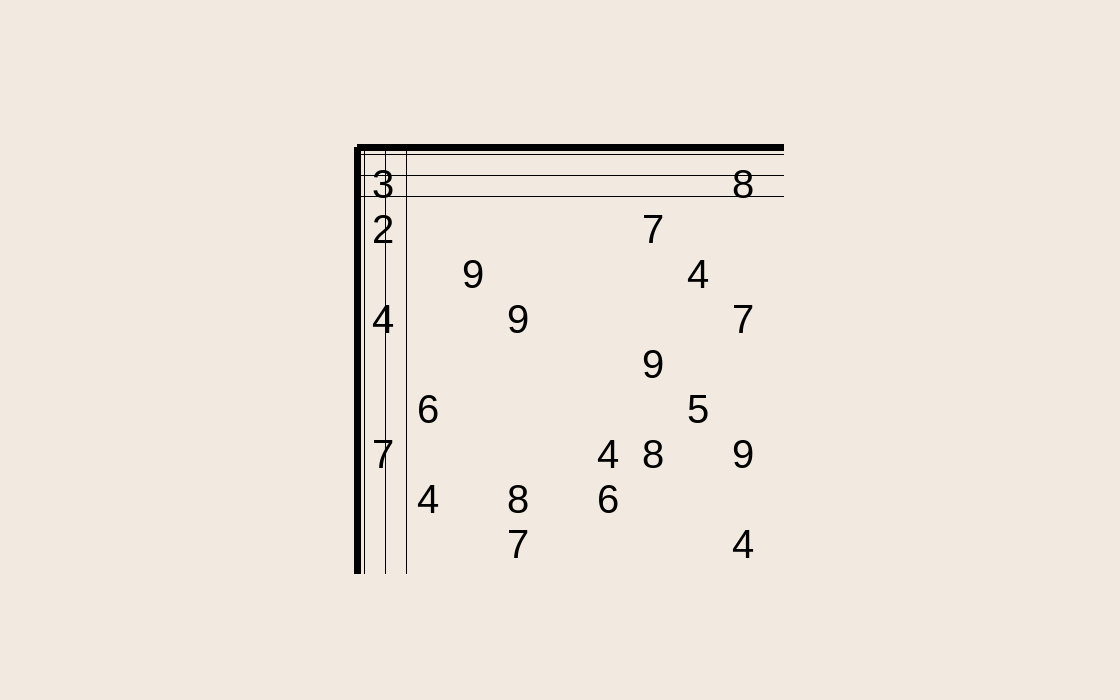
Repository: JensVL96/Puzzle-solver-for-fun
Script's output: python sudoku.py
The author's editor kept a copy of each file at every save. The script's output is drawn from the files as they stood at one save, then again after the next save.
The window is shown after at most 60 frames with no key pressed. A system font it names is replaced by a similar one. Random numbers start from a fixed seed.

Above is the script's output before, as saved 2020-11-07 20:44:44.

### sudoku.py
# -*- coding: utf-8 -*-
from __future__ import print_function
from config import *
from create_board import *
from solve_bloard import *
from display_board import *

from string import *
from math import floor
import pygame as pg
import numpy as np

# For error highlighting
def set_highlight(row, col, blk, lock):
    global input_lock
    input_lock = lock
    global row_index
    row_index = row
    global col_index
    col_index = blk
    global blk_index
    blk_index = col

def get_cord(pos):
    global box_index_x
    box_index_x = int((pos[0] - TOP_LX)//BLOCK_SIZE)
    global box_index_y
    box_index_y = int((pos[1] - TOP_LY)//BLOCK_SIZE)


def valid(grid, x, y, val):
    input_lock = 0
    row = col = blk = (0, 0)

    for index in range(9):
        # Check if value in column
        if grid[x][index] == val:
            col = (x, index)
            input_lock = 1

        # Check if value in row
        if grid[index][y] == val:
            row = (index, y)
            input_lock = 1

    # Finds the block
    index_x = x // 3 # integer division
    index_y = y // 3

    # Check if value in block
    for i in range(index_x * 3, index_x * 3 + 3):
        for j in range (index_y * 3, index_y * 3 + 3):
            if grid[i][j] == val:
                blk = (i, j)
                input_lock = 1

    if input_lock == 1:
        set_highlight(row, col, blk, input_lock)
        return False

    return True

def valid_cdt(cdt_list, val):
    if type(cdt_list) == int:   # ignore
        return True

    if len(cdt_list) > 9:
        return False
    else:
        for iter in cdt_list:
            if iter == val:
                return False

    return True

class Main():
    def __init__(self):
        self.board = []
        self.run()

    def run(self):
        pg.init()
        self.screen = pg.display.set_mode(SCREEN_RES)
        pg.display.set_caption('Sudoku solver')

        display = Display_board(self.screen)

        val = 0
        blink = False
        alpha = 1
        a_change = True
        blink_color = GREEN
        candidates = []

        get_cord(INITIAL_CORDS)
        set_highlight(INITIAL_CORDS, INITIAL_CORDS, INITIAL_CORDS, INITIAL_LOCK)

        board = create_board().board

        while 1:
            for event in pg.event.get():
                if event.type == pg.QUIT or (event.type == pg.KEYDOWN and event.key == pg.K_ESCAPE):
                    exit()
                if event.type == pg.MOUSEBUTTONDOWN and input_lock != 1:
                    pos = pg.mouse.get_pos()
                    get_cord(pos)

                    # Checks if selection is on the board
                    if pos[0] < TOP_LX or pos[1] < TOP_LY or pos[0] > int(BOT_RX) or pos[1] > int(BOT_RY):
                        blink = False
                    else:
                        blink = True
                if event.type == pg.KEYDOWN and input_lock != 1:
                    if event.key == pg.K_1:
                        val = 1
                    if event.key == pg.K_2:
                        val = 2
                    if event.key == pg.K_3:
                        val = 3
                    if event.key == pg.K_4:
                        val = 4
                    if event.key == pg.K_5:
                        val = 5
                    if event.key == pg.K_6:
                        val = 6
                    if event.key == pg.K_7:
                        val = 7
                    if event.key == pg.K_8:
                        val = 8
                    if event.key == pg.K_9:
                        val = 9
                    if event.key == pg.K_BACKSPACE:
                        board[int(box_index_x)][int(box_index_y)] = 0
                elif event.type == pg.KEYDOWN and input_lock == 1:
                    if event.key == pg.K_BACKSPACE:
                        val = 0
                        set_highlight(INITIAL_CORDS, INITIAL_CORDS, INITIAL_CORDS, INITIAL_LOCK)
                        blink_color = GREEN
                        board[int(box_index_x)][int(box_index_y)] = 0

            if val != 0:
                # display.draw_val(val, box_index_x, box_index_y)
                candidates = []
                print("value: ", val,"occupying position: ", board[box_index_x][box_index_y])

                if valid(board, box_index_x, box_index_y, val):
                    if type(board[box_index_x][box_index_y]) == 0:  # No candidates
                        board[box_index_x][box_index_y] = val
                    elif type(board[box_index_x][box_index_y]) == int: # Switching from number to list
                        candidates.append(val)
                        board[box_index_x][box_index_y] = candidates
                    elif valid_cdt(board[box_index_x][box_index_y], val): # Adding candidate to list
                        candidates = board[box_index_x][box_index_y]
                        candidates.append(val)
                        board[box_index_x][box_index_y] = candidates


            # Draws the screen
            pg.draw.rect(self.screen, BLACK, (0, 0, self.screen.get_width(), self.screen.get_height()))
            self.screen.fill(BEIGE)

            # find the cell selected
            cell = display.find_cell(box_index_x, box_index_y)

            # Draws the board
            display.draw(board, cell)

            # Check if cell is selected
            if blink:
                blink = display.blink(alpha, a_change)
                alpha = blink[0]
                a_change = blink[1]
                myRect = pg.Rect(cell)

                rectSurf = pg.Surface(myRect.size, pg.SRCALPHA)
                rectSurf.fill(blink_color)
                rectSurf.set_alpha(alpha)
                self.screen.blit(rectSurf, (myRect.x, myRect.y))

            # Check if incorrect input
            if input_lock == 1 and val != 0:
                display.update(board, row_index, col_index, blk_index)
                blink_color = RED

            val = 0

            # display.draw_box()

            pg.display.update()


        self.solution = solve_board(board)

        self.solution.assign_flags(board)

if __name__ == '__main__':
    Main()

### config.py


#   Screen info
SCREEN_HEIGHT = 700
SCREEN_WIDTH = int(SCREEN_HEIGHT * 1.6)
SCREEN_RES = (SCREEN_WIDTH, SCREEN_HEIGHT)

#   Colours
BLACK = (0,0,0)
GREY = (50,50,50)
GREEN = (0,255,0)
RED = (255, 0, 0)
WHITE = (255,255,255)
BEIGE = (242,234,224)

# Box info
BORDER_SIZE = 405
BLOCK_SIZE = BORDER_SIZE / 9
CELL_SIZE = BLOCK_SIZE / 9
# Corner coordinates
TOP_LX = (SCREEN_WIDTH / 2) - (BORDER_SIZE / 2)
TOP_LY = (SCREEN_HEIGHT / 2) - (BORDER_SIZE / 2)
TOP_RX = (SCREEN_WIDTH / 2) + (BORDER_SIZE / 2)
TOP_RY = (SCREEN_HEIGHT / 2) - (BORDER_SIZE / 2)
BOT_LX = (SCREEN_WIDTH / 2) - (BORDER_SIZE / 2)
BOT_LY = (SCREEN_HEIGHT / 2) + (BORDER_SIZE / 2)
BOT_RX = (SCREEN_WIDTH / 2) + (BORDER_SIZE / 2)
BOT_RY = (SCREEN_HEIGHT / 2) + (BORDER_SIZE / 2)

# Numbers
CANDIDATE_SIZE = 20
NUMBER_SIZE = 40
BOLD = 50

# Blinking
BLINK_SPEED = 0.3
BLINK_COLOR = GREEN
ERROR_COLOR = RED

INITIAL_CORDS = (-1, -1)
INITIAL_LOCK = 0

### create_board.py
from random import sample

class create_board():
    def __init__(self):
        self.base  = 3  # Will generate any size of random sudoku board in O(n^2) time
        self.side  = self.base * self.base
        self.nums  = sample(range(1, self.side + 1), self.side) # random numbers
        self.board = [[self.nums[(self.base * (r%self.base) + r//self.base + c)%self.side] for c in range(self.side) ] for r in range(self.side)]
        rows  = [ r for g in sample(range(self.base),self.base) for r in sample(range(g * self.base,(g + 1) * self.base), self.base) ]
        cols  = [ c for g in sample(range(self.base),self.base) for c in sample(range(g * self.base,(g + 1) * self.base), self.base) ]
        self.board = [[self.board[r][c] for c in cols] for r in rows]

        # print("\nInput:")
        # for line in self.board: print(line)

        squares = self.side * self.side
        empties = squares * 3//4
        for p in sample(range(squares),empties):
            self.board[p//self.side][p%self.side] = 0

        self.lines()

    def expandLine(self, line):
        return line[0]+line[5:9].join([line[1:5]*(self.base-1)]*self.base)+line[9:13]

    def lines(self):
        self.line0  = self.expandLine("╔═══╤═══╦═══╗")
        self.line1  = self.expandLine("║ . │ . ║ . ║")
        self.line2  = self.expandLine("╟───┼───╫───╢")
        self.line3  = self.expandLine("╠═══╪═══╬═══╣")
        self.line4  = self.expandLine("╚═══╧═══╩═══╝")

        self.draw()

    def draw(self):
        symbol = " 1234567890ABCDEFGHIJKLMNOPQRSTUVWXYZ"
        self.nums   = [ [""]+[symbol[n] for n in row] for row in self.board ]
        print(self.line0)
        for r in range(1,self.side+1):
            print( "".join(n+s for n,s in zip(self.nums[r-1],self.line1.split("."))) )
            print([self.line2,self.line3,self.line4][(r%self.side==0)+(r%self.base==0)])

### solve_bloard.py
class solve_board():
    def __init__(self, board):
        self.row = []
        self.col = []
        self.cell = []
        self.row_list = []
        self.col_list = []
        self.cell_list = []

        for space in range(9):
            self.col.append([])
            self.cell.append([])

        row_idx = 0
        for line in board:

            self.row.append(line)

            cell_idx = 0
            if row_idx >= 3:
                cell_idx = 3
            if row_idx >= 6:
                cell_idx = 6


            for col_idx in range(9):

                self.col[col_idx].insert(row_idx, line[col_idx])

                if col_idx % 3 == 0:
                    for triple in range(0, 3):
                        self.cell[cell_idx].insert(len(self.cell[row_idx]) + triple, line[col_idx + triple])
                    cell_idx += 1

            self.row_list.append(self.row)
            self.col_list.append(self.col)
            self.cell_list.append(self.cell)
            row_idx += 1

        print("\nrow:")
        for row in self.row_list[0]:
            print(row)
        # print("\ncolumn:")
        # for col in self.col_list[0]:
        #     print(col)
        # print("\ncell:")
        # for cell in self.cell_list[0]:
        #     print(cell)

    def assign_flags(self, board):
        self.flags = []
        row_idx = 0
        cell_idx = 0

        print("\n")
        for line in board:
            cell_idx = 0
            if row_idx >= 3:
                cell_idx = 3
            if row_idx >= 6:
                cell_idx = 6

            for index in range(9):
                # print("position: ", index, "value: ", line[index])

                # print("row", row_idx, "col", index, "cell", cell_idx)
                if (index % 3 == 0 and index != 0):
                    cell_idx += 1

                if line[index] == 0:
                    flag_idx = 0
                    temp_flag = []
                    for value in range(1, 10):
                        # print(value)
                        if self.row_flag(value, row_idx):
                            # print("found in row")
                            pass
                        elif self.col_flag(value, index):
                            # print("found in column")
                            pass
                        elif self.cell_flag(value, cell_idx):
                            # print("found in cell")
                            pass
                        else:
                            temp_flag.append(value)
                            flag_idx += 1
                    print(temp_flag)
                    self.flags.append(temp_flag)
            row_idx += 1

    def check_row(self):
        pass

    def column(self, x):
        pass

    def cell(self, row, col):
        pass

    def row_flag(self, index, row_idx):
        for row in self.row_list[0][row_idx]:
            # print("comparing in row ", row, "with ", index, "row_idx ", row_idx)
            if row == index:
                return 1
        return 0

    def col_flag(self, index, col_idx):
        for col in self.col_list[0][col_idx]:
            # print("comparing in column ", col, "with ", index, "col_idx ", col_idx)
            if col == index:
                return 1
        return 0

    def cell_flag(self, index, cell_idx):
        for cell in self.cell_list[0][cell_idx]:
            # print("comparing in cell ", cell, "with ", index, "cell_idx ", cell_idx)
            if cell == index:
                return 1
        return 0

### display_board.py
from config import *
import pygame as pg

class Display_board():
    def __init__(self, screen):
        self.screen = screen
        self.font_num = pg.font.SysFont("comicsans", NUMBER_SIZE)
        self.font_cdt = pg.font.SysFont("comicsans", CANDIDATE_SIZE)

    def draw_val(self, val, x, y):
        text1 = self.font_num.render(str(val), 1, BLACK)
        self.screen.blit(text1, (x * BLOCK_SIZE + 15, y * BLOCK_SIZE + 15))

    def draw_cdt(self, val, x, y):
        text1 = self.font_cdt.render(str(val), 1, BLACK)
        self.screen.blit(text1, (x * BLOCK_SIZE + 1, y * BLOCK_SIZE + 1))

    def on_mouse_press(self, x, y, symbol, modifier):
        pass

    def draw(self, grid, cell):
        for i in range (9):
            for j in range (9):
                if grid[i][j] != 0:
                    if type(grid[i][j]) != int:
                        self.draw_candidates(grid, cell)
                    else:
                        text1 = self.font_num.render(str(grid[i][j]), 1, BLACK)
                        self.screen.blit(text1, (TOP_LX + i * BLOCK_SIZE + 15, TOP_LY + j * BLOCK_SIZE + 14))

        size = BLOCK_SIZE
        for i in range(10):
            if i % 3 == 0:
                print("thick")
                thick = 7
            else:
                print("thin")
                thick = 1

            if (i + 2) % 3 == 0:
                print("increasing size: ", i)
                size +=7
            else:
                size = 0

            #       thick           Thick     thin    thin  thick   thin    thin  thick   thin    thin  thick
            # TOP_LX -> TOP_RX & ( TOP_LY -> BS + 7 -> BS -> BS -> BS + 7 -> BS -> BS -> BS + 7 -> BS -> BS)
            print("line: ", i, size, "block size: ", BLOCK_SIZE)
            print("Start: ", TOP_LX, TOP_LY + i * size, "end: ", TOP_RX, TOP_RY + i * size)
            print("Start: ", TOP_LX + i * size, TOP_LY, "end: ", BOT_LX + i * size, BOT_LY)
            pg.draw.line(self.screen, BLACK, (TOP_LX,
                                            TOP_LY + i * size),
                                            (TOP_RX + 21,
                                            TOP_RY + i * size), thick)
            pg.draw.line(self.screen, BLACK, (TOP_LX + i * size,
                                            TOP_LY),
                                            (BOT_LX + i * size,
                                            BOT_LY + 21), thick)

            # For candidate placement
            # if i % 3 == 0:
            #     print(BLOCK_SIZE)
            #     pg.draw.line(self.screen, BLACK, (cell[0],
            #                                     cell[1] + i * (cell[2] / 9)),
            #                                     ((cell[0] + cell[2]),
            #                                     cell[1] + i * (cell[2] / 9)), 1)
            #     pg.draw.line(self.screen, BLACK, (cell[0] + i * (cell[3] / 9),
            #                                     cell[1]),
            #                                     (cell[0] + i * (cell[3] / 9),
            #                                     cell[1] + cell[3]), 1)

    def draw_candidates(self, grid, cell):
        new_line = 1
        iteration = 1
        indent = 15
        for number in grid[i][j]:
            if iteration % 3 == 1:    # Checking if first in line: 1, 4, 7
                text1 = self.font_cdt.render(str(number), 1, BLACK)
                self.screen.blit(text1, (cell[0] + 3, cell[1] + ((new_line - 1) * indent) + 2))
            else:
                text1 = self.font_cdt.render(str(number), 1, BLACK)
                self.screen.blit(text1, (cell[0] + ((iteration - 1) * indent) + 3, cell[1] + ((new_line - 1) * indent) + 2))
            if iteration % 3 == 0:      # checking if last in line: 3, 6
                new_line += 1
                iteration = 0

            iteration += 1


    def update(self, grid, row, col, blk):
        font_val = pg.font.SysFont("comicsans", BOLD)

        if row != (-1, -1):
            # Remove old number
            text1 = self.font_num.render(str(grid[row[0]][row[1]]), 1, WHITE)
            self.screen.blit(text1, (TOP_LX + row[0] * BLOCK_SIZE + 15, TOP_LY + row[1] * BLOCK_SIZE + 15))

            # Rewrite in bigger font
            text1 = font_val.render(str(grid[row[0]][row[1]]), 1, BLACK)
            self.screen.blit(text1, (TOP_LX + row[0] * BLOCK_SIZE + 14, TOP_LY + row[1] * BLOCK_SIZE + 10))

        if col != (-1, -1):
            # Remove old number
            text1 = self.font_num.render(str(grid[col[0]][col[1]]), 1, WHITE)
            self.screen.blit(text1, (TOP_LX + col[0] * BLOCK_SIZE + 15, TOP_LY + col[1] * BLOCK_SIZE + 15))

            # Rewrite in bigger font
            text1 = font_val.render(str(grid[col[0]][col[1]]), 1, BLACK)
            self.screen.blit(text1, (TOP_LX + col[0] * BLOCK_SIZE + 14, TOP_LY + col[1] * BLOCK_SIZE + 10))

        if blk != (-1, -1):
            # Remove old number
            text1 = self.font_num.render(str(grid[blk[0]][blk[1]]), 1, WHITE)
            self.screen.blit(text1, (TOP_LX + blk[0] * BLOCK_SIZE + 15, TOP_LY + blk[1] * BLOCK_SIZE + 15))

            # Rewrite in bigger font
            text1 = font_val.render(str(grid[blk[0]][blk[1]]), 1, BLACK)
            self.screen.blit(text1, (TOP_LX + blk[0] * BLOCK_SIZE + 14, TOP_LY + blk[1] * BLOCK_SIZE + 10))

    def find_cell(self, x, y):
        # Only applies glow when a cell is selected
        if x == -1 and y == -1:
            return

        width = BLOCK_SIZE
        height = BLOCK_SIZE

        # Adjustment in size if bordering a thick line
        if x % 3 == 0:  # If thick line on the left
            start_pos_x = TOP_LX + x * BLOCK_SIZE + 4
            width = BLOCK_SIZE - 4
        else:
            start_pos_x = TOP_LX + x * BLOCK_SIZE + 1

        if (x + 1) % 3 == 0:    # If thick line on the right
            width = BLOCK_SIZE - 3.5

        if y % 3 == 0:  # If thick line on the top
            start_pos_y = TOP_LY + y * BLOCK_SIZE + 4
            height = BLOCK_SIZE - 4
        else:
            start_pos_y = TOP_LY + y * BLOCK_SIZE + 1

        if (y + 1) % 3 == 0:    # If thick line on the bottom
            height = BLOCK_SIZE - 3.5

        return (start_pos_x, start_pos_y, width, height)

    def blink(self, alpha, a_change):
        if a_change:
            alpha += BLINK_SPEED
            if alpha >= 175:
                a_change = False
        elif a_change == False:
            alpha += -BLINK_SPEED
            if alpha <= 30:
                a_change = True

        return (alpha, a_change)

After the next save:
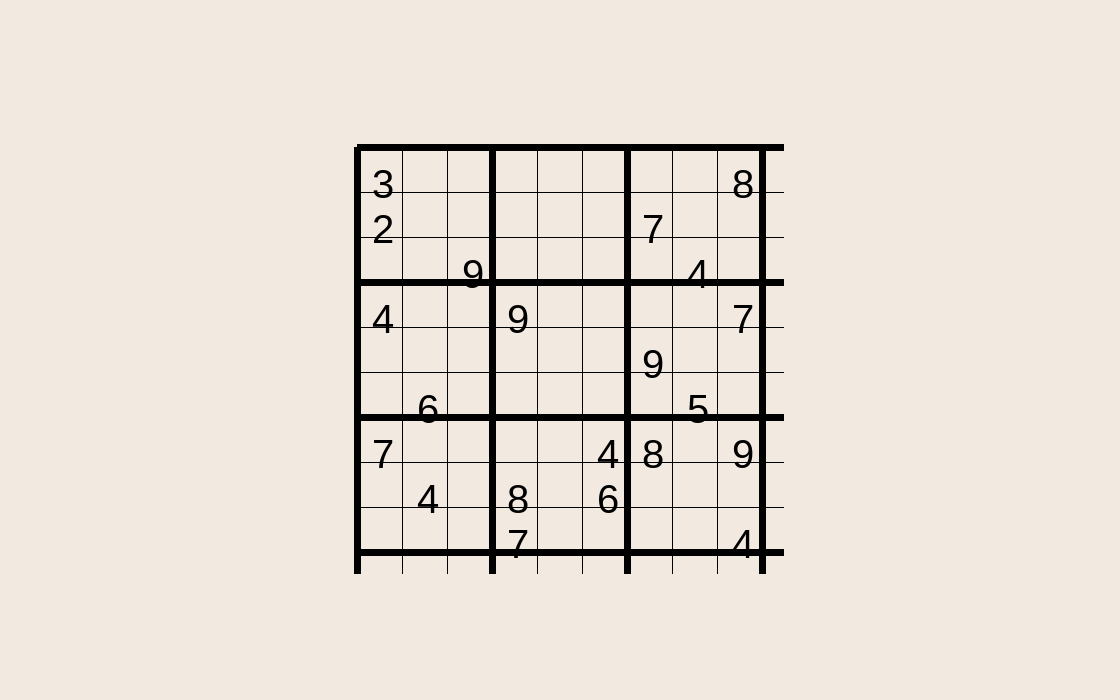
Saved 15 s later.
--- a/display_board.py
+++ b/display_board.py
@@ -46,15 +46,15 @@ class Display_board():
             #       thick           Thick     thin    thin  thick   thin    thin  thick   thin    thin  thick
             # TOP_LX -> TOP_RX & ( TOP_LY -> BS + 7 -> BS -> BS -> BS + 7 -> BS -> BS -> BS + 7 -> BS -> BS)
             print("line: ", i, size, "block size: ", BLOCK_SIZE)
-            print("Start: ", TOP_LX, TOP_LY + i * size, "end: ", TOP_RX, TOP_RY + i * size)
-            print("Start: ", TOP_LX + i * size, TOP_LY, "end: ", BOT_LX + i * size, BOT_LY)
+            print("Start: ", TOP_LX, TOP_LY + i * BLOCK_SIZE, "end: ", TOP_RX, TOP_RY + i * BLOCK_SIZE)
+            print("Start: ", TOP_LX + i * BLOCK_SIZE, TOP_LY, "end: ", BOT_LX + i * BLOCK_SIZE, BOT_LY)
             pg.draw.line(self.screen, BLACK, (TOP_LX,
-                                            TOP_LY + i * size),
+                                            TOP_LY + i * BLOCK_SIZE),
                                             (TOP_RX + 21,
-                                            TOP_RY + i * size), thick)
-            pg.draw.line(self.screen, BLACK, (TOP_LX + i * size,
+                                            TOP_RY + i * BLOCK_SIZE), thick)
+            pg.draw.line(self.screen, BLACK, (TOP_LX + i * BLOCK_SIZE,
                                             TOP_LY),
-                                            (BOT_LX + i * size,
+                                            (BOT_LX + i * BLOCK_SIZE,
                                             BOT_LY + 21), thick)
 
             # For candidate placement
